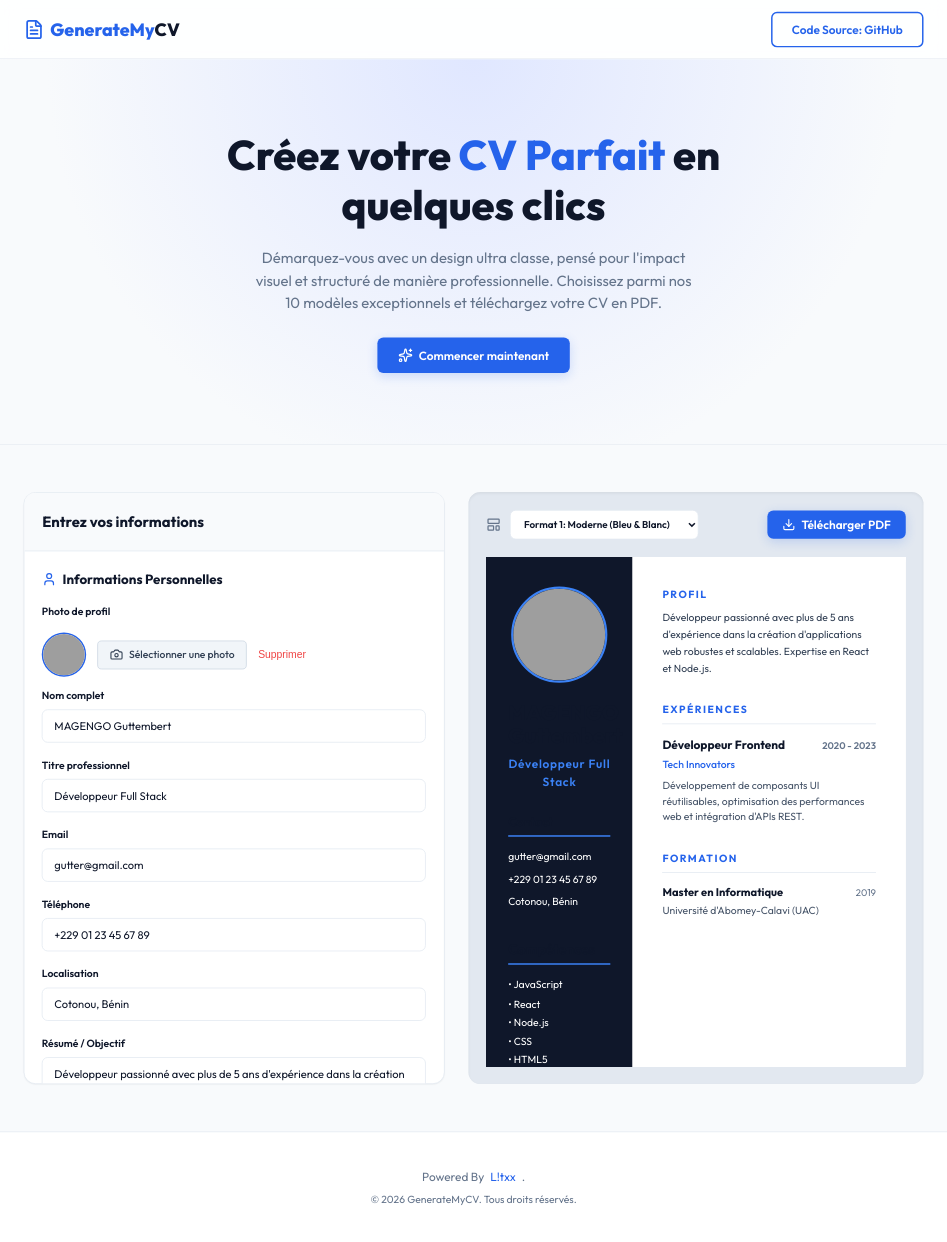
Repository: Issa-Mgn/Generatemy--cv
Page: /
These files come from the project's save history. The page is drawn as it stood at one moment and after a run of saves; the edit follows.
The browser window is 1280 px wide. The pictures show the whole page, at 74% of full size.
Pictures or frames that could not be fetched are drawn as grey boxes. An inner scrolling area shows only its first screen. The project was rebuilt for these pictures with package versions that can differ from the ones it lists, and the page was loaded fresh each time. Also part of the build but not shown: vite.config.js.

Above is the page before, as saved 2026-04-13 20:05:14.

### index.html
<!doctype html>
<html lang="fr">

<head>
  <meta charset="UTF-8" />
  <meta name="viewport" content="width=device-width, initial-scale=1.0" />
  <title>generatemycv</title>
</head>

<body>
  <div id="root"></div>
  <script type="module" src="/src/main.jsx"></script>
</body>

</html>

### src/index.css
@import url('https://fonts.googleapis.com/css2?family=Outfit:wght@300;400;500;600;700;800&display=swap');

:root {
  --primary: #2563EB; /* Royal Blue */
  --primary-light: #3B82F6;
  --secondary: #0F172A; /* Slate 900 */
  --background: #F8FAFC; /* Slate 50 */
  --surface: #FFFFFF;
  --text-main: #0F172A;
  --text-muted: #64748B;
  --border: #E2E8F0;
  --shadow-sm: 0 1px 2px 0 rgb(0 0 0 / 0.05);
  --shadow-md: 0 4px 6px -1px rgb(0 0 0 / 0.1), 0 2px 4px -2px rgb(0 0 0 / 0.1);
  --shadow-lg: 0 10px 15px -3px rgb(0 0 0 / 0.1), 0 4px 6px -4px rgb(0 0 0 / 0.1);
}

* {
  margin: 0;
  padding: 0;
  box-sizing: border-box;
}

body {
  font-family: 'Outfit', sans-serif;
  background-color: var(--background);
  color: var(--text-main);
  line-height: 1.5;
  -webkit-font-smoothing: antialiased;
}

/* Typography styles */
h1, h2, h3, h4, h5, h6 {
  font-weight: 700;
  color: var(--text-main);
}

.container {
  max-width: 1400px;
  margin: 0 auto;
  padding: 0 2rem;
}

/* Beautiful Uiverse Style Primary Button */
.btn-primary {
  appearance: none;
  background-color: var(--primary);
  border: transparent;
  border-radius: 8px;
  box-shadow: rgba(37, 99, 235, .2) 0 4px 14px 0;
  box-sizing: border-box;
  color: #fff;
  cursor: pointer;
  display: inline-flex;
  align-items: center;
  justify-content: center;
  gap: 0.5rem;
  font-family: 'Outfit', sans-serif;
  font-size: 16px;
  font-weight: 600;
  line-height: 1;
  padding: 14px 28px;
  text-align: center;
  text-decoration: none;
  position: relative;
  overflow: hidden;
  transition: all 0.3s cubic-bezier(.23, 1, 0.32, 1);
}

.btn-primary:disabled {
  opacity: 0.7;
  cursor: not-allowed;
}

.btn-primary:hover:not(:disabled) {
  background-color: #1D4ED8;
  transform: translateY(-2px);
  box-shadow: rgba(37, 99, 235, .4) 0 6px 20px 0;
}

.btn-primary:active:not(:disabled) {
  transform: translateY(0);
}

/* Outline Button */
.btn-outline {
  background: transparent;
  color: var(--primary);
  border: 2px solid var(--primary);
  border-radius: 8px;
  padding: 12px 26px;
  font-family: 'Outfit', sans-serif;
  font-weight: 600;
  font-size: 16px;
  cursor: pointer;
  transition: all 0.3s ease;
  align-items: center;
  justify-content: center;
  gap: 0.5rem;
  text-decoration: none;
}

.btn-outline:hover {
  background: var(--primary);
  color: white;
  box-shadow: rgba(37, 99, 235, .2) 0 4px 14px 0;
}

/* Inputs form styling */
.form-group {
  margin-bottom: 1.25rem;
}

.label {
  display: block;
  font-size: 14px;
  font-weight: 600;
  margin-bottom: 0.5rem;
  color: var(--secondary);
}

.input-field {
  width: 100%;
  padding: 12px 16px;
  border: 1.5px solid var(--border);
  border-radius: 8px;
  font-family: 'Outfit', sans-serif;
  font-size: 15px;
  color: var(--text-main);
  background: white;
  transition: all 0.3s ease;
  outline: none;
}

.input-field::placeholder {
  color: #94A3B8;
}

.input-field:focus {
  border-color: var(--primary);
  box-shadow: 0 0 0 3px rgba(37, 99, 235, 0.15);
}

textarea.input-field {
  resize: vertical;
  min-height: 100px;
}

/* Cards */
.card {
  background: var(--surface);
  border-radius: 16px;
  box-shadow: var(--shadow-sm);
  border: 1px solid var(--border);
  overflow: hidden;
}

/* Custom Scrollbar for Builder */
::-webkit-scrollbar {
  width: 8px;
  height: 8px;
}
::-webkit-scrollbar-track {
  background: transparent;
}
::-webkit-scrollbar-thumb {
  background: #CBD5E1;
  border-radius: 4px;
}
::-webkit-scrollbar-thumb:hover {
  background: #94A3B8;
}

### src/App.jsx
import React from 'react';
import Header from './components/Header'
import Hero from './components/Hero';
import Builder from './components/Builder';
import Footer from './components/Footer';
import './App.css';

function App() {
  return (
    <div className="app-container">
      <Header />
      <main className="main-content">
        <Hero />
        <Builder />
      </main>
      <Footer />
    </div>
  );
}

export default App;

### src/components/Header.jsx
import React from 'react';
import { FileText } from 'lucide-react';

const Header = () => {
  return (
    <header className="header">
      <div className="container">
        <a href="/" className="logo">
          <FileText size={28} color="#2563EB" />
          <span>GenerateMy<span style={{ color: '#0F172A' }}>CV</span></span>
        </a>
        <nav>

          <a href="https://github.com/Issa-Mgn/Generatemy--cv.git" target="_blank" rel="noreferrer" className="btn-outline" >
            <span>Code Source: </span>GitHub
            </a>
        </nav>
      </div>
    </header>
  );
};

export default Header;

### src/components/Hero.jsx
import React from 'react';
import { Sparkles, ArrowDown } from 'lucide-react';

const Hero = () => {
  const scrollToBuilder = () => {
    document.getElementById('builder-section').scrollIntoView({ behavior: 'smooth' });
  };

  return (
    <section className="hero">
      <div className="container">
        <h1>
          Créez votre <span>CV Parfait</span> en <br />quelques clics
        </h1>
        <p>

          Démarquez-vous avec un design ultra classe, pensé pour l'impact visuel et structuré de manière professionnelle. Choisissez parmi nos 10 modèles exceptionnels et téléchargez votre CV en PDF. </p>
        <button className="btn-primary" onClick={scrollToBuilder}>
          <Sparkles size={20} />
          <span>Commencer maintenant</span>
        </button>
      </div>
    </section>
  );
};

export default Hero;

### src/components/Builder.jsx
import React, { useState } from 'react';
import CVForm from './CVForm';
import CVPreview from './CVPreview';

const initialData = {
  personal: {
    fullName: 'MAGENGO Guttembert',
    jobTitle: 'Développeur Full Stack',
    email: 'gutter@gmail.com',
    phone: '+229 01 23 45 67 89',
    location: 'Cotonou, Bénin',
    summary: 'Développeur passionné avec plus de 5 ans d\'expérience dans la création d\'applications web robustes et scalables. Expertise en React et Node.js.',
    profileImage: 'https://plus.unsplash.com/premium_vector-1742573753484-4e23411f257a?q=80&w=580&auto=format&fit=crop&ixlib=rb-4.1.0&ixid=M3wxMjA3fDB8MHxwaG90by1wYWdlfHx8fGVufDB8fHx8fA%3D%3D'
  },
  experience: [
    {
      id: Date.now(),
      title: 'Développeur Frontend',
      company: 'Tech Innovators',
      startDate: '2020',
      endDate: '2023',
      description: 'Développement de composants UI réutilisables, optimisation des performances web et intégration d\'APIs REST.'
    }
  ],
  education: [
    {
      id: Date.now() + 1,
      degree: 'Master en Informatique',
      school: 'Université d\'Abomey-Calavi (UAC)',
      year: '2019'
    }
  ],
  skills: 'JavaScript, React, Node.js, CSS, HTML5, Git',
  format: 'format1'
};

const Builder = () => {
  const [data, setData] = useState(initialData);

  const updatePersonal = (field, value) => {
    setData(prev => ({
      ...prev,
      personal: { ...prev.personal, [field]: value }
    }));
  };

  const updateFormat = (format) => {
    setData(prev => ({ ...prev, format }));
  };

  const addExperience = () => {
    setData(prev => ({
      ...prev,
      experience: [
        ...prev.experience,
        { id: Date.now(), title: '', company: '', startDate: '', endDate: '', description: '' }
      ]
    }));
  };

  const updateExperience = (id, field, value) => {
    setData(prev => ({
      ...prev,
      experience: prev.experience.map(exp =>
        exp.id === id ? { ...exp, [field]: value } : exp
      )
    }));
  };

  const removeExperience = (id) => {
    setData(prev => ({
      ...prev,
      experience: prev.experience.filter(exp => exp.id !== id)
    }));
  };

  const addEducation = () => {
    setData(prev => ({
      ...prev,
      education: [
        ...prev.education,
        { id: Date.now(), degree: '', school: '', year: '' }
      ]
    }));
  };

  const updateEducation = (id, field, value) => {
    setData(prev => ({
      ...prev,
      education: prev.education.map(edu =>
        edu.id === id ? { ...edu, [field]: value } : edu
      )
    }));
  };

  const removeEducation = (id) => {
    setData(prev => ({
      ...prev,
      education: prev.education.filter(edu => edu.id !== id)
    }));
  };

  const updateSkills = (value) => {
    setData(prev => ({ ...prev, skills: value }));
  };

  return (
    <section id="builder-section" className="builder-section">
      <div className="container">
        <div className="builder-layout">
          <CVForm
            data={data}
            updatePersonal={updatePersonal}
            addExperience={addExperience}
            updateExperience={updateExperience}
            removeExperience={removeExperience}
            addEducation={addEducation}
            updateEducation={updateEducation}
            removeEducation={removeEducation}
            updateSkills={updateSkills}
          />
          <CVPreview
            data={data}
            updateFormat={updateFormat}
          />
        </div>
      </div>
    </section>
  );
};

export default Builder;

### src/components/Footer.jsx
import React from 'react';
import { Heart } from 'lucide-react';

const Footer = () => {
  return (
    <footer className="footer">
      <div className="container">
        <p>
          Powered By <a href="https://litxxcompany.netlify.app" style={{ color: "#2563EB", textDecoration: "none" }} target="_blank" rel="noreferrer">L!txx</a> .
        </p>
        <p style={{ marginTop: '0.5rem', fontSize: '0.875rem' }}>
          &copy; {new Date().getFullYear()} GenerateMyCV. Tous droits réservés.
        </p>
      </div>
    </footer>
  );
};

export default Footer;

### src/App.css
.app-container {
  display: flex;
  flex-direction: column;
  min-height: 100vh;
}

main.main-content {
  flex: 1;
}

/* Header */
.header {
  height: 80px;
  background: rgba(255, 255, 255, 0.85);
  backdrop-filter: blur(12px);
  border-bottom: 1px solid var(--border);
  position: sticky;
  top: 0;
  z-index: 50;
  display: flex;
  align-items: center;
}

.header .container {
  width: 100%;
  display: flex;
  justify-content: space-between;
  align-items: center;
}

.logo {
  display: flex;
  align-items: center;
  gap: 0.5rem;
  font-size: 1.5rem;
  font-weight: 800;
  color: var(--primary);
  text-decoration: none;
}

/* Hero */
.hero {
  padding: 6rem 0;
  text-align: center;
  background: radial-gradient(circle at 50% 0%, #e0e7ff 0%, var(--background) 70%);
  border-bottom: 1px solid var(--border);
}

.hero h1 {
  font-size: 3.5rem;
  font-weight: 800;
  color: var(--secondary);
  line-height: 1.2;
  margin-bottom: 1.5rem;
}

.hero h1 span {
  color: var(--primary);
}

.hero p {
  font-size: 1.25rem;
  color: var(--text-muted);
  max-width: 600px;
  margin: 0 auto 2rem;
}

/* Builder Layout */
.builder-section {
  padding: 4rem 0;
  background: var(--background);
}

.builder-layout {
  display: flex;
  flex-direction: column;
  gap: 2rem;
}

@media(min-width: 1024px) {
  .builder-layout {
    flex-direction: row;
    height: 800px; /* Fixed height for inner scrolling */
  }
}

/* Form Panel */
.form-panel {
  flex: 1;
  background: white;
  border-radius: 16px;
  border: 1px solid var(--border);
  box-shadow: var(--shadow-sm);
  display: flex;
  flex-direction: column;
  overflow: hidden;
}

.form-header {
  padding: 1.5rem;
  border-bottom: 1px solid var(--border);
  background: #F8FAFC;
}

.form-header h2 {
  font-size: 1.25rem;
  display: flex;
  align-items: center;
  gap: 0.5rem;
}

.form-body {
  flex: 1;
  overflow-y: auto;
  padding: 1.5rem;
}

.form-section {
  margin-bottom: 2rem;
  padding-bottom: 2rem;
  border-bottom: 1px dashed var(--border);
}

.form-section:last-child {
  border-bottom: none;
}

.form-section-title {
  font-size: 1.125rem;
  font-weight: 700;
  margin-bottom: 1.25rem;
  color: var(--secondary);
  display: flex;
  align-items: center;
  gap: 0.5rem;
}

/* Repeated Fields (Experiences, Degrees) */
.repeated-item {
  background: #F8FAFC;
  border: 1px solid var(--border);
  border-radius: 8px;
  padding: 1.25rem;
  margin-bottom: 1rem;
  position: relative;
}

.remove-btn {
  position: absolute;
  top: 1rem;
  right: 1rem;
  background: #FEE2E2;
  color: #EF4444;
  border: none;
  width: 32px;
  height: 32px;
  border-radius: 6px;
  cursor: pointer;
  display: flex;
  align-items: center;
  justify-content: center;
  transition: all 0.2s;
}

.remove-btn:hover {
  background: #EF4444;
  color: white;
}

/* Preview Panel */
.preview-panel {
  flex: 1;
  background: #E2E8F0; /* Slate 200 */
  border-radius: 16px;
  padding: 1.5rem;
  display: flex;
  flex-direction: column;
  box-shadow: inset 0 2px 4px 0 rgb(0 0 0 / 0.06);
}

.preview-actions {
  display: flex;
  flex-wrap: wrap;
  justify-content: space-between;
  align-items: center;
  gap: 1rem;
  margin-bottom: 1.5rem;
}

.preview-wrapper {
  flex: 1;
  overflow-y: auto;
  display: flex;
  justify-content: center;
}

/* Container for PDF generation, keep inner A4 aspect */
.cv-document-container {
  width: 100%;
  max-width: 794px; /* A4 width typical representation */
  min-height: 1123px; /* A4 height */
  background: white;
  box-shadow: var(--shadow-md);
  margin: 0 auto;
  transform-origin: top center;
}

/* Footer */
.footer {
  padding: 3rem 0;
  border-top: 1px solid var(--border);
  text-align: center;
  color: var(--text-muted);
  background: white;
}

.footer p {
  display: flex;
  align-items: center;
  justify-content: center;
  gap: 0.5rem;
}

.format-selector {
  display: flex;
  align-items: center;
  gap: 0.75rem;
}

.format-selector select {
  padding: 10px 14px;
  border-radius: 8px;
  border: 1px solid var(--border);
  font-family: 'Outfit', sans-serif;
  font-weight: 600;
  color: var(--secondary);
  outline: none;
  background: white;
  cursor: pointer;
}

Loaded but not shown: src/main.jsx (common file); src/components/CVPreview.jsx (890 lines, source omitted); src/components/CVForm.jsx (206 lines, source omitted)

After the next 2 saves:
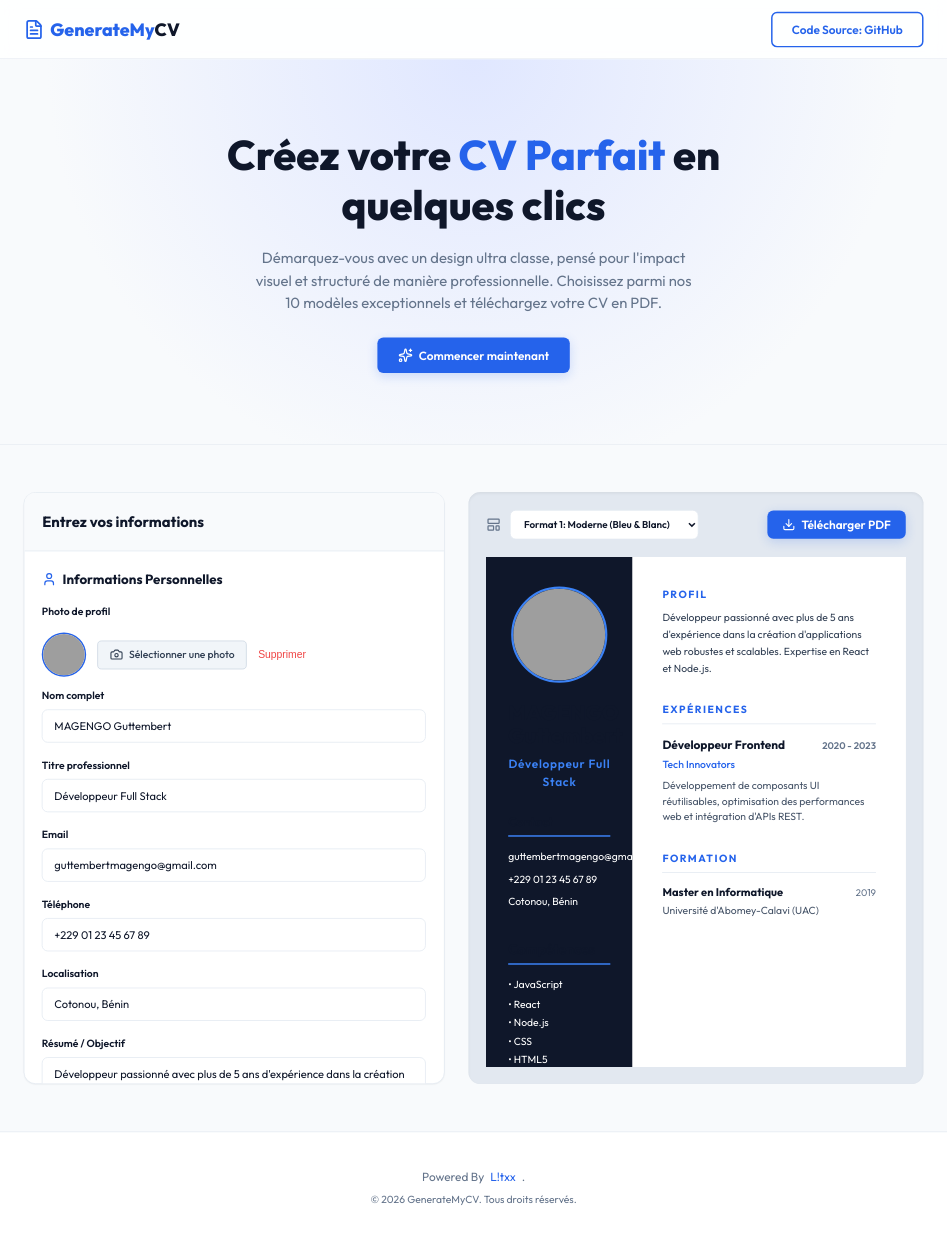
The 2 saves are shown as one change because they came seconds apart.
The last was saved 10 s later.
--- a/src/components/Builder.jsx
+++ b/src/components/Builder.jsx
@@ -6,7 +6,7 @@
   personal: {
     fullName: 'MAGENGO Guttembert',
     jobTitle: 'Développeur Full Stack',
-    email: 'gutter@gmail.com',
+    email: 'guttembertmagengo@gmail.com',
     phone: '+229 01 23 45 67 89',
     location: 'Cotonou, Bénin',
     summary: 'Développeur passionné avec plus de 5 ans d\'expérience dans la création d\'applications web robustes et scalables. Expertise en React et Node.js.',
